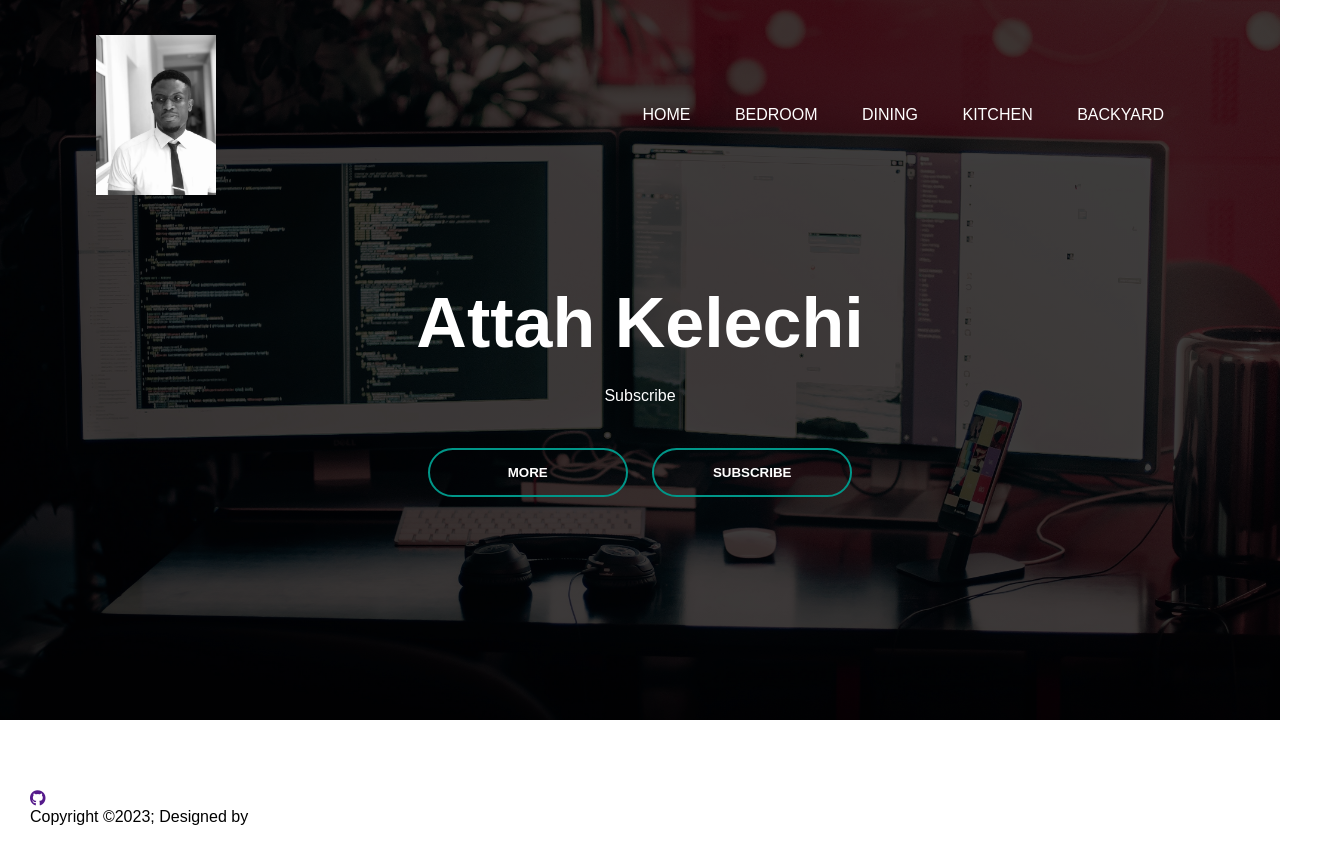
Repository: Kaycee-attah/HNG-Internship_2023
Page: index.html
An editor plug-in stored every save of this project. The page is shown before and after the next save, followed by the edit.
The browser window is 1280 px wide. The page is 1340 px wide, so the pictures cover 1340 px, including what lies to the right of the window. The pictures show the whole page.

Above is the page before, as saved 2023-09-07 02:36:47.

### index.html
<!DOCTYPE html>
<html lang="en">
<head>
    <meta charset="UTF-8">
    <meta name="viewport" content="width=device-width, initial-scale=1.0">
    <title>How to make a website - Easy tutorial</title>
    <link rel="stylesheet" href="style.css">
    <link rel="stylesheet" href="https://cdnjs.cloudflare.com/ajax/libs/font-awesome/6.4.2/css/all.min.css" integrity="sha512-z3gLpd7yknf1YoNbCzqRKc4qyor8gaKU1qmn+CShxbuBusANI9QpRohGBreCFkKxLhei6S9CQXFEbbKuqLg0DA==" crossorigin="anonymous" referrerpolicy="no-referrer" />
</head>
<body>
    <div class="banner">
        <div class="navbar">
            <img class="logo" src="slack_DP.JPG" alt="Kaycee" data-testid="slackDisplayImage">
            <ul>
                <li><a href="#">Home</a></li>
                <li><a href="#">Bedroom</a></li>
                <li><a href="#">Dining</a></li>
                <li><a href="#">Kitchen</a></li>
                <li><a href="#">Backyard</a></li>
            </ul>
        </div>
    </div>
    <div class="content">
        <h1 data-testid="slackUserName">Attah Kelechi</h1>
        <p>Subscribe</p>
        <div>
            <button type="button"><span></span> MORE</button>
            <button type="button"><span></span>SUBSCRIBE</button>
        </div>
    </div>
    <div class="footer_Container">
        <div class="social-icon">
            <a href=""><i class="fa-brands fa-github"></i></a>
        </div>
        <div class="footer_Bottom">
            <p>Copyright &copy;2023; Designed by <span class="designer">Kaycee</span></p>
        </div>
    </div>

    <script src="script.js"></script>
</body>

</html>

### style.css
*{
    margin: 0;
    padding: 0;
    font-family: sans-serif;
}

.banner{
    width: 100%;
    height: 100vh;
    background-image: linear-gradient(rgba(0,0,0,0.75), rgba(0,0,0,0.75)), url(IMG_6759.JPG);
    background-size: cover;
    background-position: center;
}
.navbar{
    width: 85%;
    margin: auto;
    padding: 35px 0;
    display: flex;
    align-items: center;
    justify-content: space-between;
}
.logo{
    width: 120px;
    cursor: pointer;
}
.navbar ul li{
    list-style: none;
    display: inline-block;
    margin: 0 20px;
    position: relative;
}
.navbar ul li a{
    text-decoration: none;
    color: #fff;
    text-transform: uppercase;
}
.navbar ul li::after{
    content: "";
    height: 3px;
    width: 0;
    background: #009688;
    position: absolute;
    left: 0;
    bottom: -10px;
    transition: 0.5s;
}
.navbar ul li:hover::after{
    width: 100%;
}
.content{
    width: 100%;
    position: absolute;
    top: 50%;
    transform: translateY(-50%);
    text-align: center;
    color: #fff;
}
.content h1{
    font-size: 70px;
    margin-top: 80px;
}
.content p{
    margin: 20px auto;
    font-weight: 100;
    line-height: 25px;
}
button{
    width: 200px;
    padding: 15px 0;
    text-align: center;
    margin: 20px 10px;
    border-radius: 25px;
    font-weight: bold;
    border: 2px solid #009688;
    background: transparent;
    color: #fff;
    cursor: pointer;
    position: relative;
    overflow: hidden;
}
span{
    background: #009688;
    height: 100%;
    width: 0;
    border-radius: 25px;
    position: absolute;
    left: 0;
    bottom: 0;
    z-index: -1;
    transition: 0.5s;
}
button:hover span{
    width: 100%;
}
/* footer{
    background-color: #111;
} */
.footer_Container{
    width: 100%;
    padding: 70px 30px 20px;
}

### script.js
const now = new Date();
const day = now.getDay();
const hours = now.getHours();
const minutes = now.getMinutes();
const UTCtimeStamp = now.getTime();
const GMTdate_and_time = now.toUTCString();
const daysOfWeek = [
    "Sunday",
    "Monday",
    "Tuesday",
    "Wednesday",
    "Thursday",
    "Friday",
    "Saturday"
]
const today = daysOfWeek[day];
const UTC = now.getUTCMilliseconds();
console.log("Current day of the week:", today)
console.log("UTC:", UTC)

console.log("UTCtimeStamp:", UTCtimeStamp)
console.log("GMTdate_and_time:", GMTdate_and_time)

After the next save:
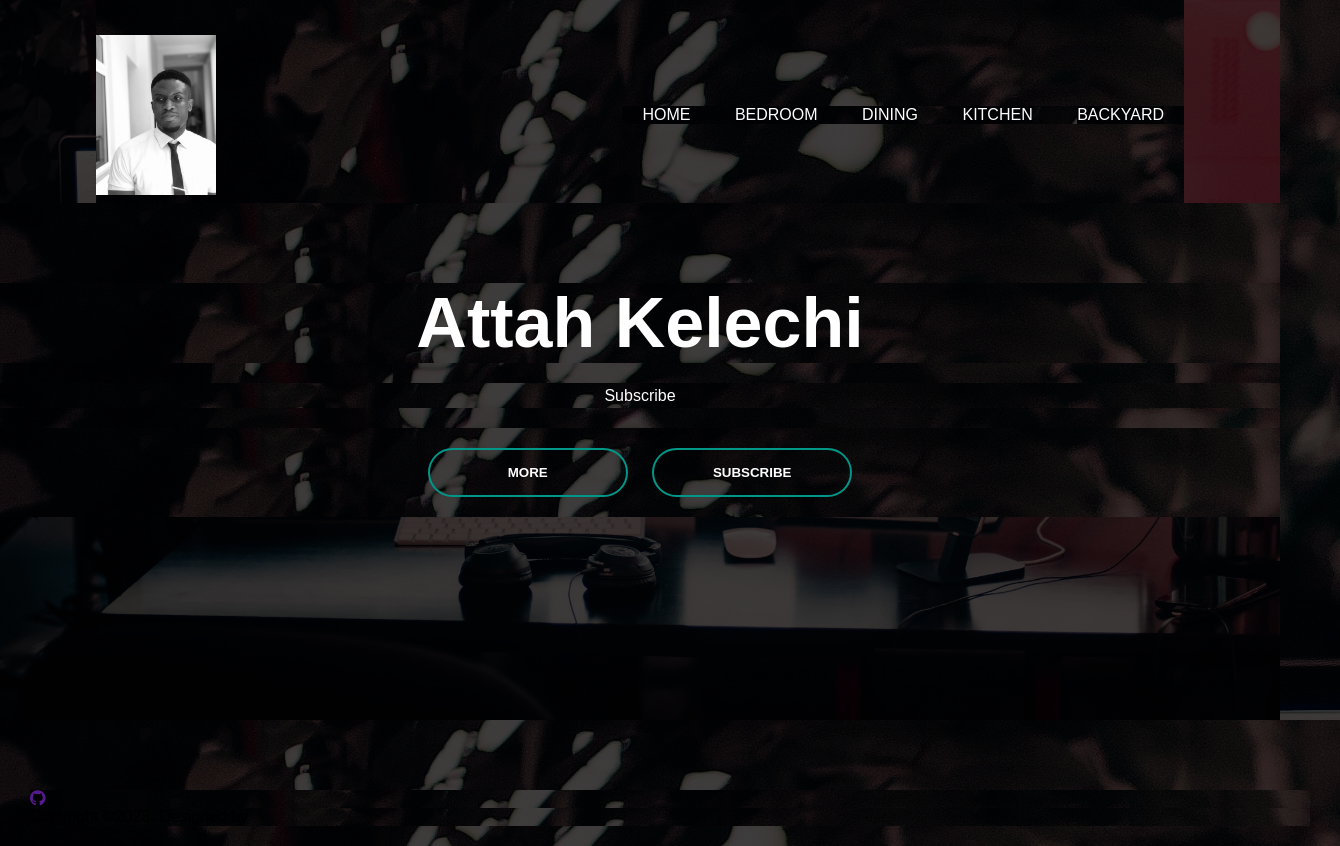
Saved 82 s later.
--- a/style.css
+++ b/style.css
@@ -2,12 +2,13 @@
     margin: 0;
     padding: 0;
     font-family: sans-serif;
+    background-image: linear-gradient(rgba(0,0,0,0.75), rgba(0,0,0,0.75)), url(IMG_6759.JPG);
 }
 
 .banner{
     width: 100%;
     height: 100vh;
-    background-image: linear-gradient(rgba(0,0,0,0.75), rgba(0,0,0,0.75)), url(IMG_6759.JPG);
+
     background-size: cover;
     background-position: center;
 }
